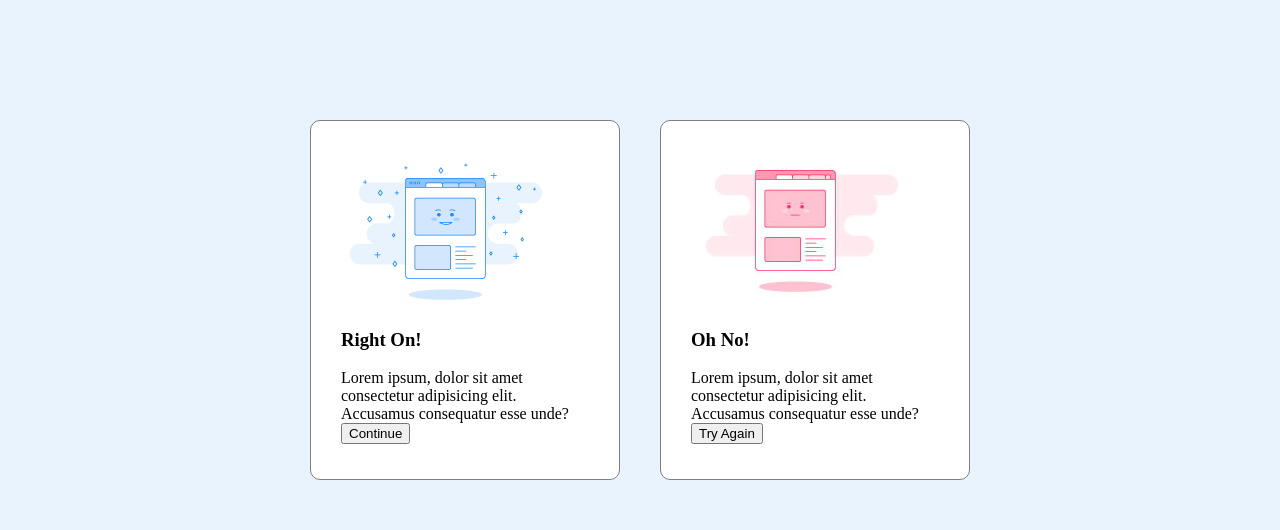
Repository: giahuy405/flash_message_BEM
Page: index.html
An editor plug-in stored every save of this project. The page is shown before and after the next save, followed by the edit.
The browser window is 1280 px wide. The pictures show the whole page.

Above is the page before, as saved 2022-09-06 02:32:03.

After the next save:
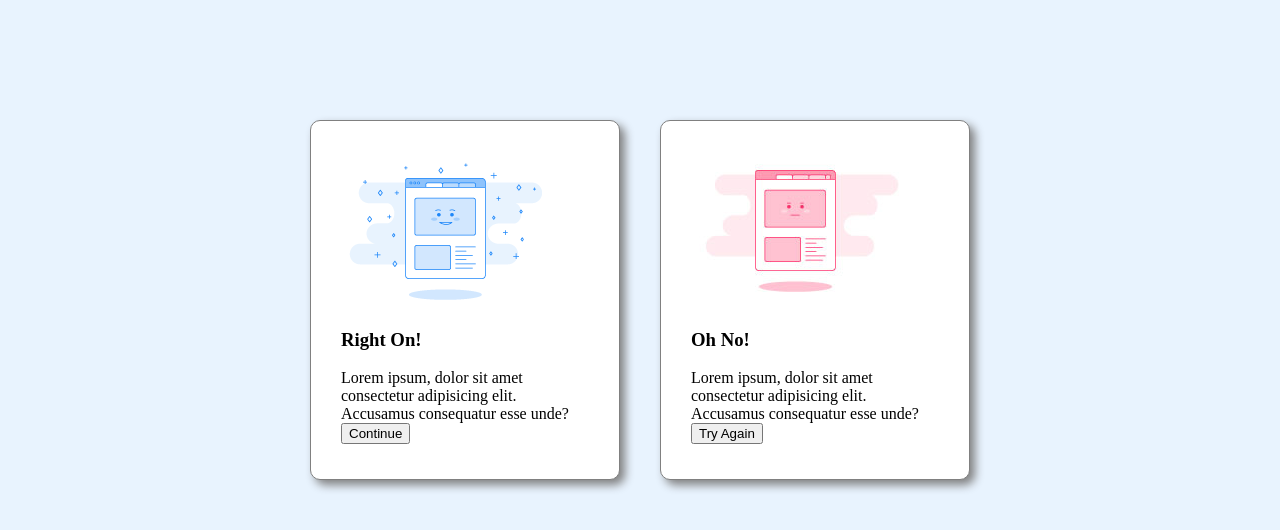
Saved 25 s later.
--- a/css/index.css
+++ b/css/index.css
@@ -25,4 +25,5 @@ body{
     background-color: white;
     border-radius: 10px;
     padding: 35px 30px;
+    box-shadow: 5px 5px 10px gray;
 }
